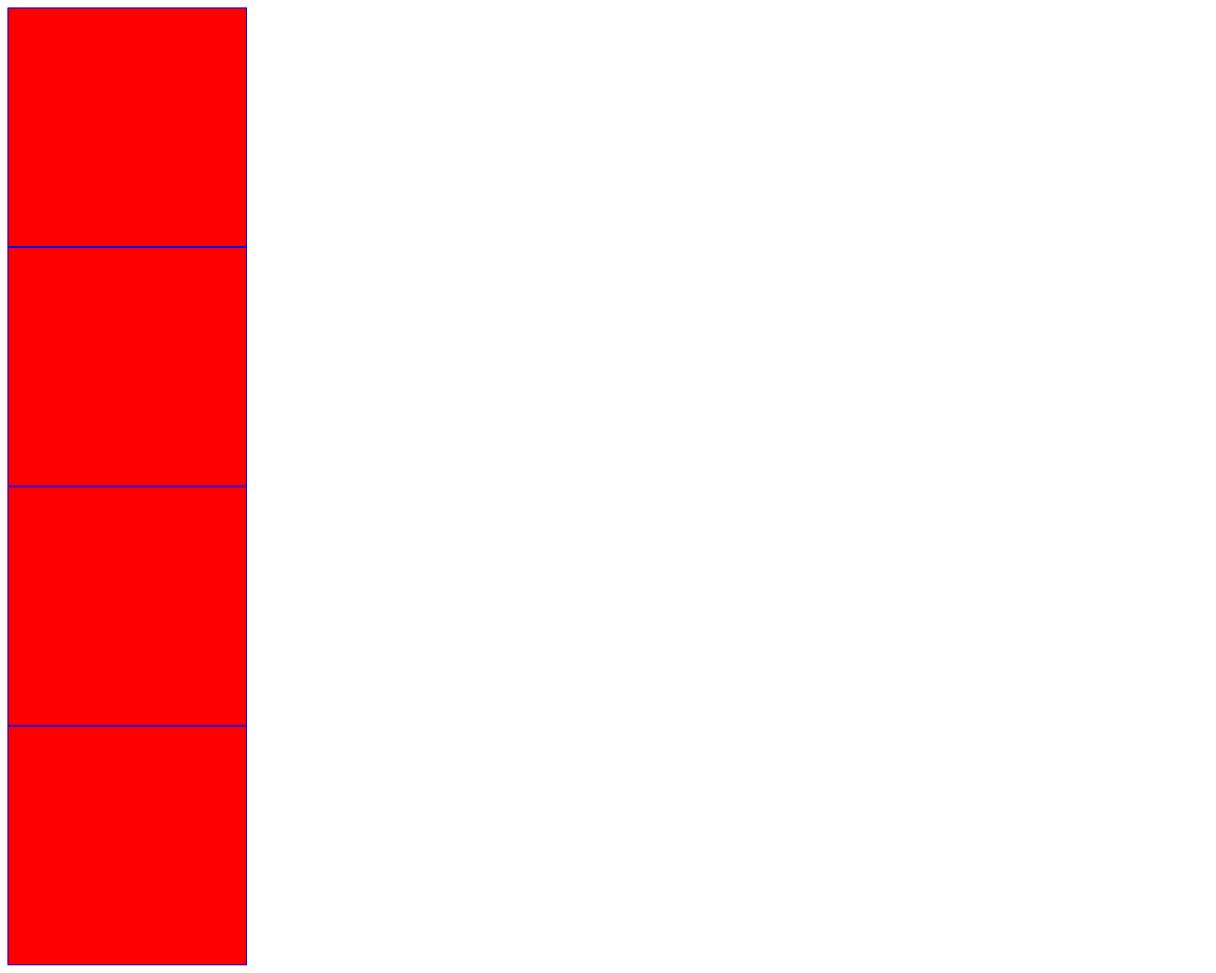
Repository: TheTroyPhillips/Personal-website
Page: index.html
The author's editor kept a copy of each file at every save. The page is drawn from the files as they stood at one save, then again after the next save.
The browser window is 1280 px wide. The pictures show the whole page, at 95% of full size.

Above is the page before, as saved 2023-09-10 22:01:43.

### index.html
<!DOCTYPE html>
<html lang="en">
<head>
    <meta charset="UTF-8">
    <meta name="viewport" content="width=device-width, initial-scale=1.0">
    <title>Document</title>
    <link rel="stylesheet" href="style.css">
</head>
<body>

    <div class="parent">
        <div class="child"></div>
        <div class="child"></div>
        <div class="child"></div>
        <div class="child"></div>
    </div>

</body>
</html>

### style.css
.child{
    width: 250px;
    height: 250px;
    border: 1px solid blue;
    background-color: red;
}

After the next save:
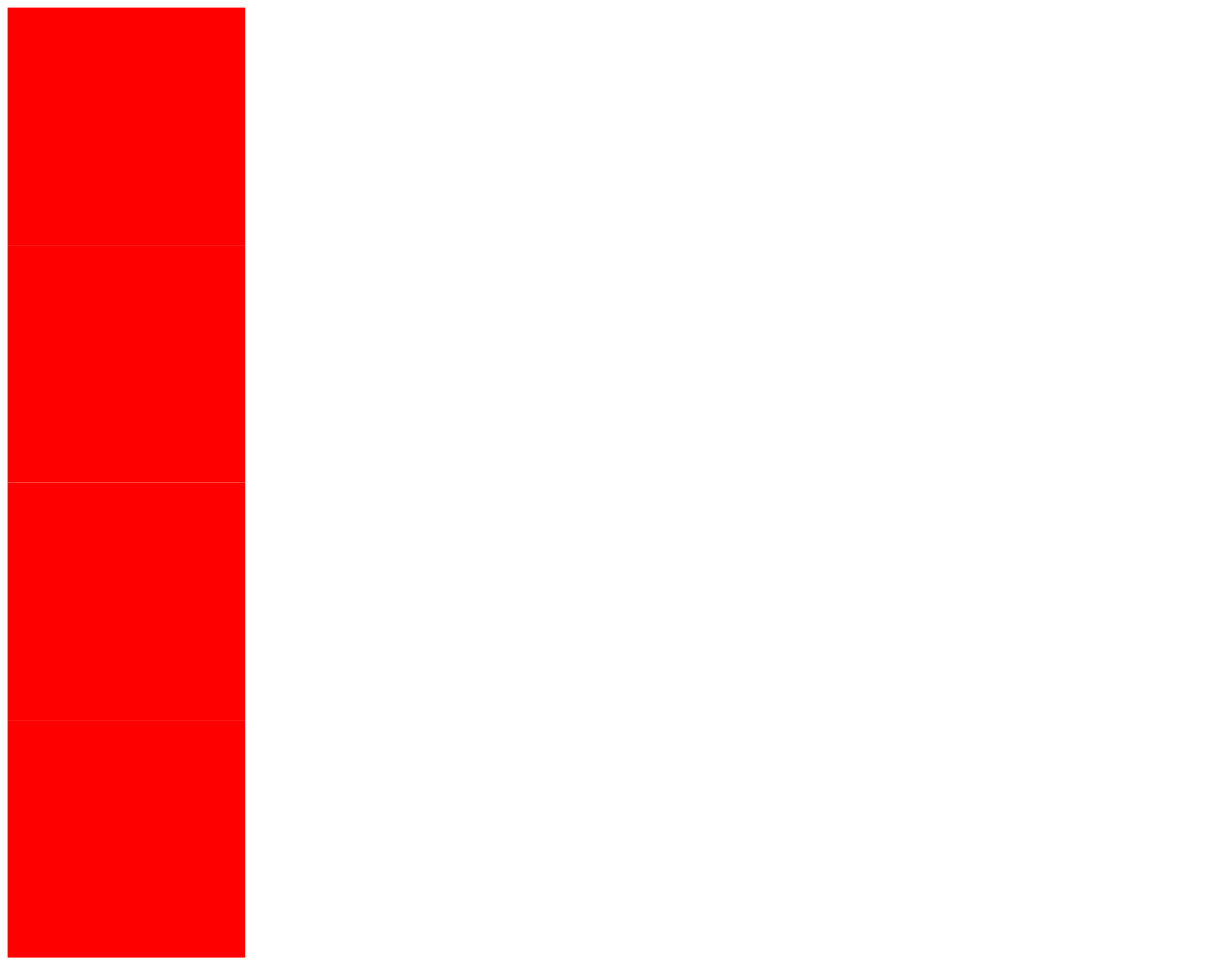
Saved 5 s later.
--- a/style.css
+++ b/style.css
@@ -1,6 +1,6 @@
 .child{
     width: 250px;
     height: 250px;
-    border: 1px solid blue;
+    border: 1px; solid blue;
     background-color: red;
 }

After the 4 saves that followed:
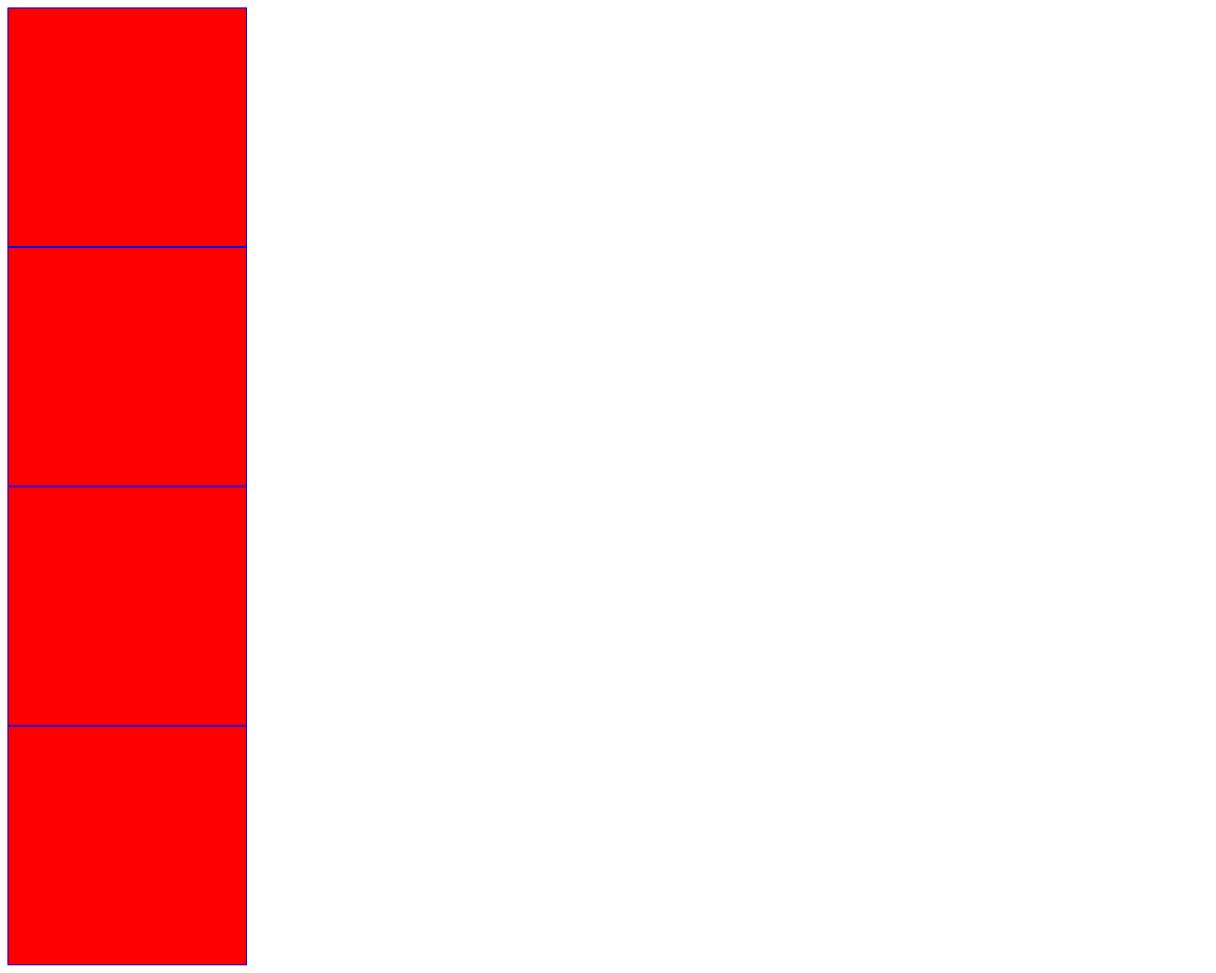
The 4 saves are shown as one change because 2 left the picture as it was and some came seconds apart.
The last was saved 18 s later.
--- a/style.css
+++ b/style.css
@@ -1,6 +1,6 @@
 .child{
     width: 250px;
     height: 250px;
-    border: 1px; solid blue;
+    border: 1px solid blue;
     background-color: red;
 }
